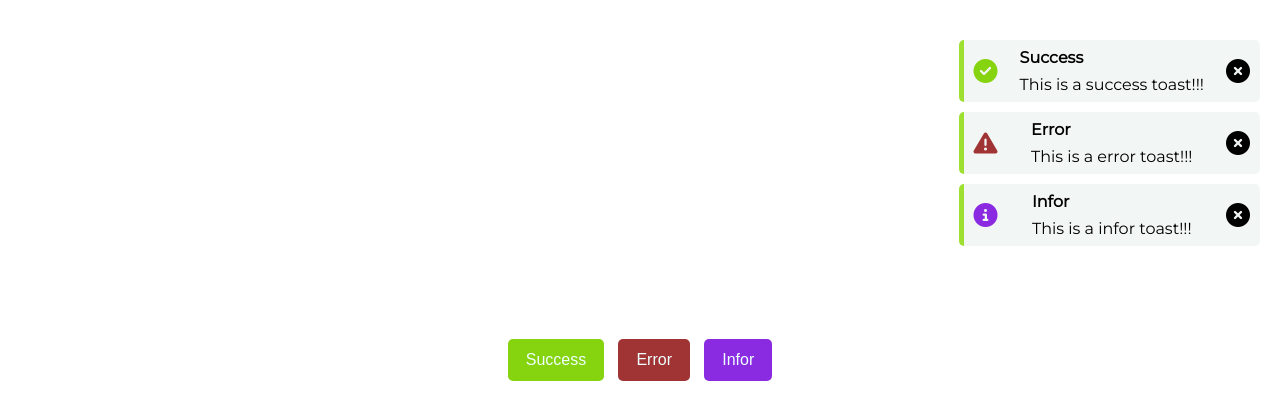
Repository: thuynguyen0964/Toast-Cooler
Page: index.html
An editor plug-in stored every save of this project. The page is shown before and after the next save, followed by the edit.
The browser window is 1280 px wide. The pictures show the whole page.

Above is the page before, as saved 2023-01-26 20:38:51.

### index.html
<!DOCTYPE html>
<html lang="en">
  <head>
    <meta charset="UTF-8" />
    <meta http-equiv="X-UA-Compatible" content="IE=edge" />
    <meta name="viewport" content="width=device-width, initial-scale=1.0" />
    <title>Toast Mess Cooler</title>
    <link
      href="https://fonts.googleapis.com/css2?family=Montserrat:wght@300;400&display=swap"
      rel="stylesheet"
    />
    <link
      rel="stylesheet"
      href="https://cdnjs.cloudflare.com/ajax/libs/font-awesome/6.2.1/css/all.min.css"
    />
    <link rel="stylesheet" href="./app/style.css" />
  </head>
  <body>
    <ul class="container">
      <li class="toast success">
        <div class="icon">
          <i class="fa-solid fa-circle-check"></i>
        </div>
        <div class="toast__text">
          <h4 class="toast__title">Success</h4>
          <p class="toast__desc">This is a success toast!!!</p>
        </div>
        <div class="icon__close">
          <i class="fa-solid fa-circle-xmark"></i>
        </div>
      </li>
      <li class="toast error">
        <div class="icon">
            <i class="fa-solid fa-triangle-exclamation"></i>
        </div>
        <div class="toast__text">
          <h4 class="toast__title">Error</h4>
          <p class="toast__desc">This is a error toast!!!</p>
        </div>
        <div class="icon__close">
         <i class="fa-solid fa-circle-xmark"></i>
        </div>
      </li>
      <li class="toast infor">
        <div class="icon">
            <i class="fa-solid fa-circle-info"></i>
        </div>
        <div class="toast__text">
          <h4 class="toast__title">Infor</h4>
          <p class="toast__desc">This is a infor toast!!!</p>
        </div>
        <div class="icon__close">
          <i class="fa-solid fa-circle-xmark"></i>
        </div>
      </li>
    </ul>

    <div class="button__set">
        <button class="btn" id="success">Success</button>
        <button class="btn" id="error">Error</button>
        <button class="btn" id="infor">Infor</button>
    </div>
  </body>
</html>

### app/style.css
*{
    margin: 0;
    padding: 0;
    box-sizing: border-box;
}
body{
    font-family: "Montserrat", sans-serif;
    display: flex;
    align-items: center;
    justify-content: center;
    min-height: 100vh;
}
.container{
    position: fixed;
    top: 30px;
    right: 20px;
}
.toast{
    width: 350x;
    list-style: none;
    border-left: 5px solid #9de031;
    border-radius: 5px;
    display: flex;
    align-items: center;
    justify-content: space-between;
    background-color: #e1ebe671;
    margin: 10px 0;
}
.toast__text{
    padding: 0 12px;
}
.toast__desc,
.toast__title{
    margin: 8px 0;
}
.icon__close,
.icon{
    padding:0 10px;
    font-size: 24px;
}
.icon__close{
    cursor: pointer;
}

.success .icon{
    color:#86d410 ;
}
.error .icon{
    color: #a03333;
}
.infor .icon{
    color: blueviolet;
}

.btn{
    font-size: 16px;
    color: azure;
    border: unset;
    outline: none;
    padding: 12px 18px;
    margin: 0 5px;
    border-radius: 5px;
    cursor: pointer;
}
.btn#success{
    background-color: #86d410;
}
.btn#error{
    background-color: #a03333;
}
.btn#infor{
    background-color: blueviolet;
}

After the next save:
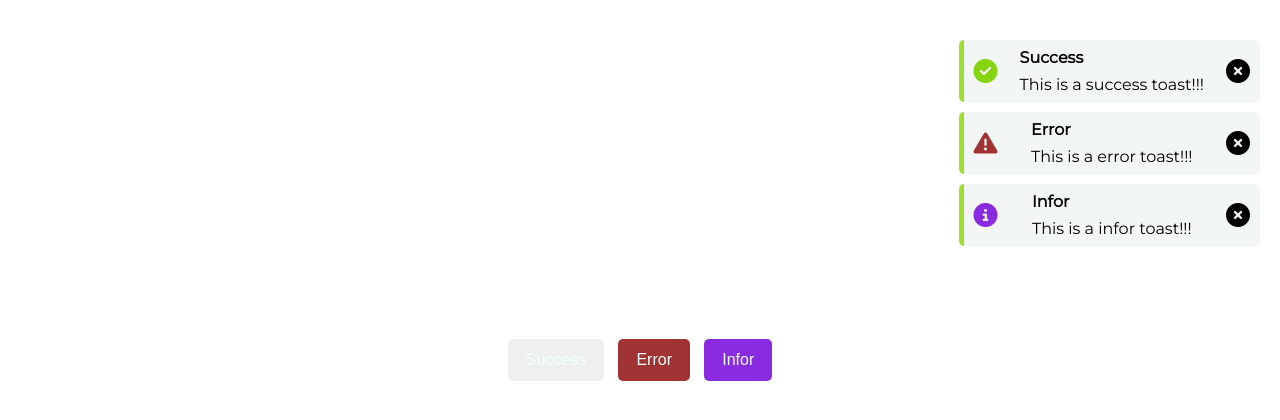
Saved 10 s later.
--- a/app/style.css
+++ b/app/style.css
@@ -62,6 +62,7 @@
     border-radius: 5px;
     cursor: pointer;
 }
+.btn:
 .btn#success{
     background-color: #86d410;
 }

After the save that followed:
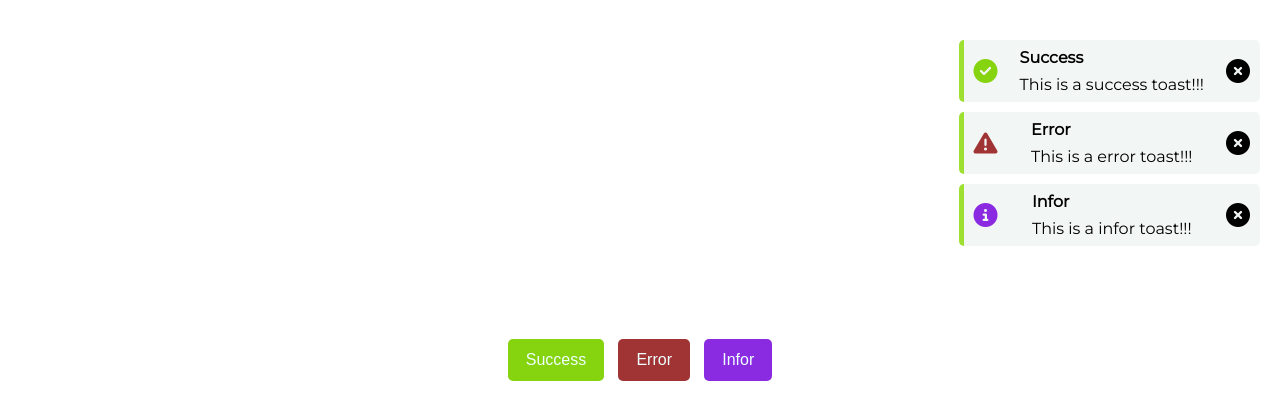
Saved 6 s later.
--- a/app/style.css
+++ b/app/style.css
@@ -62,7 +62,9 @@
     border-radius: 5px;
     cursor: pointer;
 }
-.btn:
+.btn:active{
+    transform: ;
+}
 .btn#success{
     background-color: #86d410;
 }
